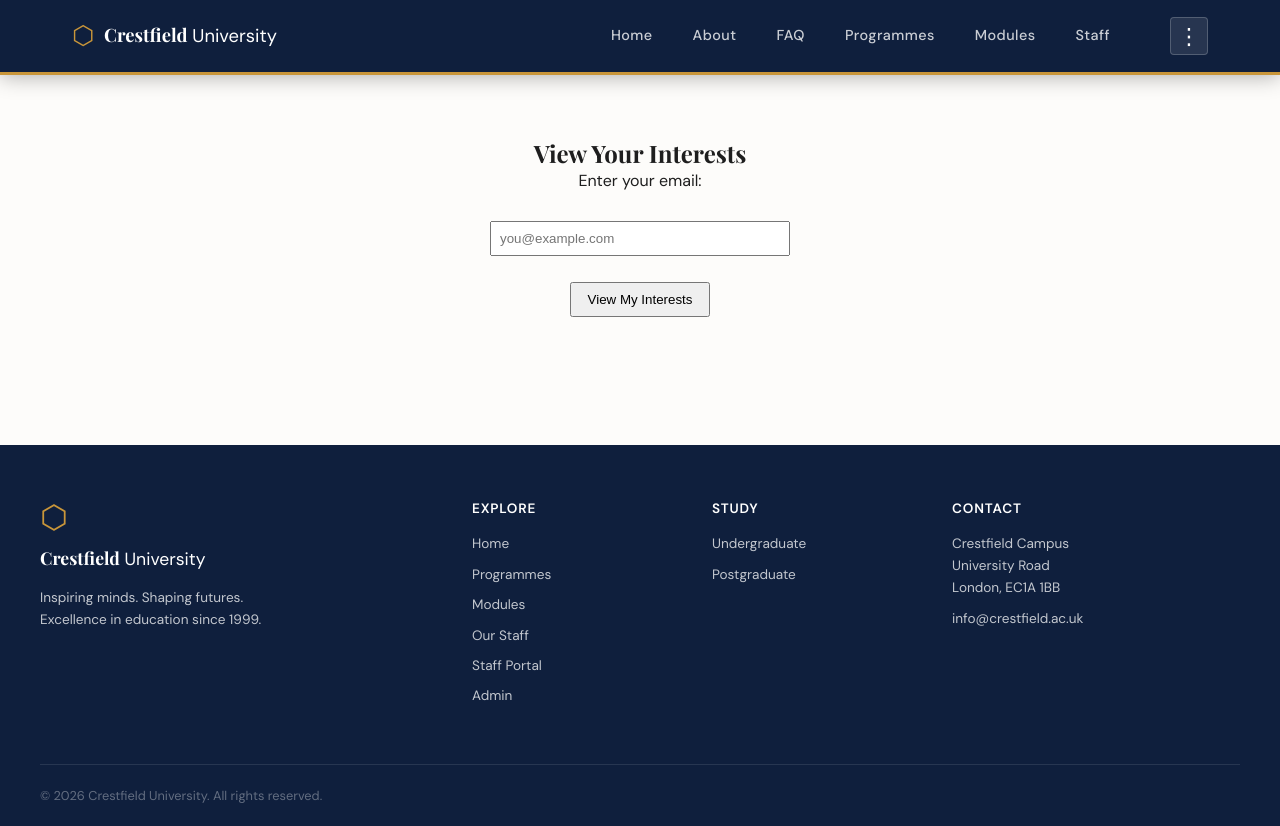
Repository: dowrinprity-blip/Web-Project
Page: http://localhost/University/my-interests.php
These files come from the project's save history. The page is drawn as it stood at one moment and after the next save; the edit follows.
The browser window is 1280 px wide. The pictures show the whole page.
The page is run by PHP 8.4 with error messages shown; the project is at /var/www/html/.

Above is the page before, as saved 2026-03-25 19:39:03.

### my-interests.php
<?php
require_once 'includes/db.php';
$page_title = 'My Interests';

$interests = []; // default empty array

if ($_SERVER['REQUEST_METHOD'] === 'POST' && !empty($_POST['email'])) {
    $email = $conn->real_escape_string($_POST['email']);
    $sql = "SELECT ProgrammeID, StudentName, RegisteredAt FROM interestedstudents WHERE Email = '$email'";
    $result = $conn->query($sql);

    if ($result) {
        while ($row = $result->fetch_assoc()) {
            $interests[] = $row;
        }
    }
}
?>

<?php include 'includes/header.php'; ?>

<section class="section">
    <div class="section-inner" style="max-width:600px;margin:0 auto;text-align:center;">
        <h2>View Your Interests</h2>
        <form method="POST" action="">
            <label for="email">Enter your email:</label><br><br>
            <input type="email" name="email" id="email" placeholder="you@example.com" required style="padding:.5rem;width:80%;max-width:300px;"><br><br>
            <button type="submit" style="padding:.5rem 1rem;">View My Interests</button>
        </form>

        <?php if ($_SERVER['REQUEST_METHOD'] === 'POST'): ?>
            <h3 style="margin-top:2rem;">Results:</h3>
            <?php if (count($interests) > 0): ?>
                <ul style="list-style:none;padding:0;">
                    <?php foreach ($interests as $i): ?>
                        <li style="margin-bottom:1rem;padding:1rem;border:1px solid #ccc;border-radius:8px;">
                            <strong>Programme ID:</strong> <?= htmlspecialchars($i['ProgrammeID']) ?><br>
                            <strong>Name:</strong> <?= htmlspecialchars($i['StudentName']) ?><br>
                            <strong>Registered At:</strong> <?= htmlspecialchars($i['RegisteredAt']) ?>
                        </li>
                    <?php endforeach; ?>
                </ul>
            <?php else: ?>
                <p>No interests found for this email.</p>
            <?php endif; ?>
        <?php endif; ?>
    </div>
</section>

<?php include 'includes/footer.php'; ?>

### includes/db.php
<?php
require_once __DIR__ . '/config.php';

// Create connection
function getDBConnection() {
    $conn = new mysqli(DB_HOST, DB_USER, DB_PASS, DB_NAME);

    if ($conn->connect_error) {
        die("Connection failed: " . $conn->connect_error);
    }

    $conn->set_charset("utf8mb4");
    return $conn;
}

// Global connection
$conn = getDBConnection();

function checkDatabaseExists() {
    $conn = new mysqli(DB_HOST, DB_USER, DB_PASS);
    $result = $conn->query("SELECT SCHEMA_NAME FROM INFORMATION_SCHEMA.SCHEMATA WHERE SCHEMA_NAME = '" . DB_NAME . "'");
    return $result->num_rows > 0;
}
?>

### includes/config.php
<?php
/**
 * Central Configuration File - Load this first in all includes
 */

// ==================== BASE URL DETECTION ====================
if (!function_exists('detectBaseUrl')) {
    function detectBaseUrl() {
        $protocol = isset($_SERVER['HTTPS']) && $_SERVER['HTTPS'] === 'on' ? 'https://' : 'http://';
        $host = $_SERVER['HTTP_HOST'];
        $scriptName = $_SERVER['SCRIPT_NAME'];

        $basePath = dirname(dirname($scriptName));
        $basePath = str_replace('\\', '/', $basePath);

        if ($basePath == '/' || $basePath == '\\') {
            $basePath = '';
        }

        return rtrim($protocol . $host . $basePath, '/');
    }
}

if (!defined('BASE_URL')) {
    define('BASE_URL', 'http://localhost/University');
}

// ==================== DATABASE CONSTANTS ====================
if (!defined('DB_HOST')) {
    define('DB_HOST', 'localhost');
    define('DB_USER', 'root');
    define('DB_PASS', '');
    define('DB_NAME', 'student_course_hub');
}
?>

### includes/header.php
<?php
$current_page = basename($_SERVER['PHP_SELF']);
if (!function_exists('isStudentLoggedIn')) {
    require_once __DIR__ . '/auth.php';
}

$staffLoggedIn   = function_exists('isStaffLoggedIn')   && isStaffLoggedIn();
$studentLoggedIn = function_exists('isStudentLoggedIn') && isStudentLoggedIn();
$adminLoggedIn   = function_exists('isAdminLoggedIn')   && isAdminLoggedIn();
?>
<!DOCTYPE html>
<html lang="en">
<head>
    <meta charset="UTF-8">
    <meta name="viewport" content="width=device-width, initial-scale=1.0">
    <title><?= isset($page_title) ? htmlspecialchars($page_title) . ' — ' : '' ?>Crestfield University</title>
    <link rel="preconnect" href="https://fonts.googleapis.com">
    <link rel="preconnect" href="https://fonts.gstatic.com" crossorigin>
    <link href="https://fonts.googleapis.com/css2?family=Playfair+Display:wght@400;600;700;900&family=DM+Sans:wght@300;400;500;600&display=swap" rel="stylesheet">
    <link rel="stylesheet" href="<?= BASE_URL ?>/css/style.css">
    <style>
        .portal-menu-wrap { position: relative; margin-left: .5rem; }
        .portal-dots-btn {
            background: rgba(255,255,255,.1);
            border: 1px solid rgba(255,255,255,.2);
            color: #fff; border-radius: var(--radius);
            width: 38px; height: 38px;
            display: flex; align-items: center; justify-content: center;
            cursor: pointer; font-size: 1.4rem; transition: background .2s; flex-shrink: 0;
        }
        .portal-dots-btn:hover { background: rgba(201,150,58,.25); }
        .portal-dropdown {
            display: none; position: absolute; right: 0; top: calc(100% + 10px);
            background: #fff; border-radius: var(--radius-lg);
            box-shadow: 0 12px 40px rgba(11,29,58,.22);
            min-width: 230px; overflow: hidden; z-index: 500;
            border: 1px solid var(--border);
        }
        .portal-dropdown.open { display: block; }
        .portal-dropdown-header {
            background: var(--navy); color: rgba(255,255,255,.6);
            font-size: .68rem; font-weight: 700; letter-spacing: .1em;
            text-transform: uppercase; padding: .65rem 1.1rem;
        }
        .portal-dropdown a {
            display: flex; align-items: center; gap: .75rem;
            padding: .75rem 1.1rem; font-size: .88rem; font-weight: 500;
            color: var(--navy); border-bottom: 1px solid #f5f2ee; transition: background .15s;
        }
        .portal-dropdown a:last-child { border-bottom: none; }
        .portal-dropdown a:hover { background: #fdf9f3; }
        .portal-dropdown a .pd-icon { font-size: 1rem; width: 22px; text-align: center; }
        .portal-dropdown a .pd-label { flex: 1; }
        .portal-dropdown a .pd-arrow { font-size: .8rem; color: var(--gold); }
        .portal-dropdown a.pd-active { background: #fdf6e3; font-weight: 600; }
        .portal-dropdown a.pd-logout { color: #922b21; }
        .portal-dropdown a.pd-logout:hover { background: #fdecea; }
    </style>
</head>
<body>

<header class="site-header">
    <div class="header-inner">
        <a href="<?= BASE_URL ?>/index.php" class="logo">
            <span class="logo-crest">⬡</span>
            <span class="logo-text"><strong>Crestfield</strong> University</span>
        </a>

        <nav class="main-nav">
            <a href="<?= BASE_URL ?>/index.php"           class="<?= $current_page === 'index.php'           ? 'active' : '' ?>">Home</a>
            <a href="<?= BASE_URL ?>/index.php#about">About</a>
            <a href="<?= BASE_URL ?>/index.php#faq">FAQ</a>
            <a href="<?= BASE_URL ?>/programmes.php"      class="<?= $current_page === 'programmes.php'      ? 'active' : '' ?>">Programmes</a>
            <a href="<?= BASE_URL ?>/modules.php"         class="<?= $current_page === 'modules.php'         ? 'active' : '' ?>">Modules</a>
            <a href="<?= BASE_URL ?>/staff_directory.php" class="<?= $current_page === 'staff_directory.php' ? 'active' : '' ?>">Staff</a>
        </nav>

        <!-- 3-dot portal menu -->
        <div class="portal-menu-wrap">
            <button class="portal-dots-btn" onclick="togglePortalMenu()" aria-label="Portal menu" title="Login / My Portal">⋮</button>

            <div class="portal-dropdown" id="portal-dropdown">

                <?php if ($adminLoggedIn): ?>
                <div class="portal-dropdown-header">Admin Portal</div>
                <a href="<?= BASE_URL ?>/admin/index.php" class="pd-active">
                    <span class="pd-icon">🛡️</span><span class="pd-label">Admin Dashboard</span><span class="pd-arrow">→</span>
                </a>
                <a href="<?= BASE_URL ?>/admin/logout.php" class="pd-logout">
                    <span class="pd-icon">⏻</span><span class="pd-label">Sign Out</span>
                </a>

                <?php elseif ($staffLoggedIn): ?>
                <?php $sd = getLoggedInStaff(); ?>
                <div class="portal-dropdown-header">Staff Portal</div>
                <a href="<?= BASE_URL ?>/staff/dashboard.php" class="pd-active">
                    <span class="pd-icon">👤</span><span class="pd-label"><?= htmlspecialchars($sd['Name'] ?? 'My Portal') ?></span><span class="pd-arrow">→</span>
                </a>
                <a href="<?= BASE_URL ?>/staff/profile.php">
                    <span class="pd-icon">✏️</span><span class="pd-label">My Profile</span><span class="pd-arrow">→</span>
                </a>
                <a href="<?= BASE_URL ?>/staff/my_modules.php">
                    <span class="pd-icon">📚</span><span class="pd-label">My Modules</span><span class="pd-arrow">→</span>
                </a>
                <a href="<?= BASE_URL ?>/staff/logout.php" class="pd-logout">
                    <span class="pd-icon">⏻</span><span class="pd-label">Sign Out</span>
                </a>

                <?php elseif ($studentLoggedIn): ?>
                <?php $stu = getLoggedInStudent(); ?>
                <div class="portal-dropdown-header">Student Portal</div>
                <a href="<?= BASE_URL ?>/student/dashboard.php" class="pd-active">
                    <span class="pd-icon">🎓</span><span class="pd-label"><?= htmlspecialchars($stu['FullName'] ?? 'My Portal') ?></span><span class="pd-arrow">→</span>
                </a>
                <a href="<?= BASE_URL ?>/student/my_profile.php">
                    <span class="pd-icon">👤</span><span class="pd-label">My Profile</span><span class="pd-arrow">→</span>
                </a>
                <a href="<?= BASE_URL ?>/student/my_interests.php">
                    <span class="pd-icon">⭐</span><span class="pd-label">My Interests</span><span class="pd-arrow">→</span>
                </a>
                <a href="<?= BASE_URL ?>/student/logout.php" class="pd-logout">
                    <span class="pd-icon">⏻</span><span class="pd-label">Sign Out</span>
                </a>

                <?php else: ?>
                <a href="<?= BASE_URL ?>/my-interests.php">
    <span class="pd-icon">⭐</span>
    <span class="pd-label">View My Interests</span>
    <span class="pd-arrow">→</span>
</a>

                <div class="portal-dropdown-header">Student Access</div>
                <a href="<?= BASE_URL ?>/student/login.php">
                    <span class="pd-icon">🎓</span><span class="pd-label">Student Login</span><span class="pd-arrow">→</span>
                </a>

                <div class="portal-dropdown-header">Staff Access</div>
                <a href="<?= BASE_URL ?>/staff/login.php">
                    <span class="pd-icon">👔</span><span class="pd-label">Staff Login</span><span class="pd-arrow">→</span>
                </a>
                <div class="portal-dropdown-header">Admin Access</div>
                <a href="<?= BASE_URL ?>/admin/login.php">
                    <span class="pd-icon">🛡️</span><span class="pd-label">Admin Login</span><span class="pd-arrow">→</span>
                </a>
                <?php endif; ?>

            </div>
        </div>

        <button class="nav-toggle" onclick="document.querySelector('.main-nav').classList.toggle('open')">☰</button>
    </div>
</header>

<script>
function togglePortalMenu() {
    document.getElementById('portal-dropdown').classList.toggle('open');
}
document.addEventListener('click', function(e) {
    var wrap = document.querySelector('.portal-menu-wrap');
    if (wrap && !wrap.contains(e.target)) {
        document.getElementById('portal-dropdown').classList.remove('open');
    }
});
</script>

### includes/footer.php
<footer class="site-footer">
    <div class="footer-inner">
        <div class="footer-brand">
            <span class="logo-crest">⬡</span>
            <span class="logo-text"><strong>Crestfield</strong> University</span>
            <p>Inspiring minds. Shaping futures.<br>Excellence in education since 1999.</p>
        </div>
        <div class="footer-links">
            <h4>Explore</h4>
            <a href="<?= BASE_URL ?>/index.php">Home</a>
            <a href="<?= BASE_URL ?>/programmes.php">Programmes</a>
            <a href="<?= BASE_URL ?>/modules.php">Modules</a>
            <a href="<?= BASE_URL ?>/staff_directory.php">Our Staff</a>
            <a href="<?= BASE_URL ?>/staff_portal.php">Staff Portal</a>
            <a href="<?= BASE_URL ?>/admin/login.php">Admin</a>
        </div>
        <div class="footer-links">
            <h4>Study</h4>
            <a href="<?= BASE_URL ?>/programmes.php?level=1">Undergraduate</a>
            <a href="<?= BASE_URL ?>/programmes.php?level=2">Postgraduate</a>
        </div>
        <div class="footer-contact">
            <h4>Contact</h4>
            <p>Crestfield Campus<br>University Road<br>London, EC1A 1BB</p>
            <p>info@crestfield.ac.uk</p>
        </div>
    </div>
    <div class="footer-bottom">
        <p>&copy; <?= date('Y') ?> Crestfield University. All rights reserved.</p>
    </div>
</footer>
<script src="<?= BASE_URL ?>/js/main.js"></script>
</body>
</html>

Loaded but not shown: js/main.js (22 lines, source omitted); css/style.css (525 lines, source omitted); includes/auth.php (554 lines, source omitted)

After the next save:
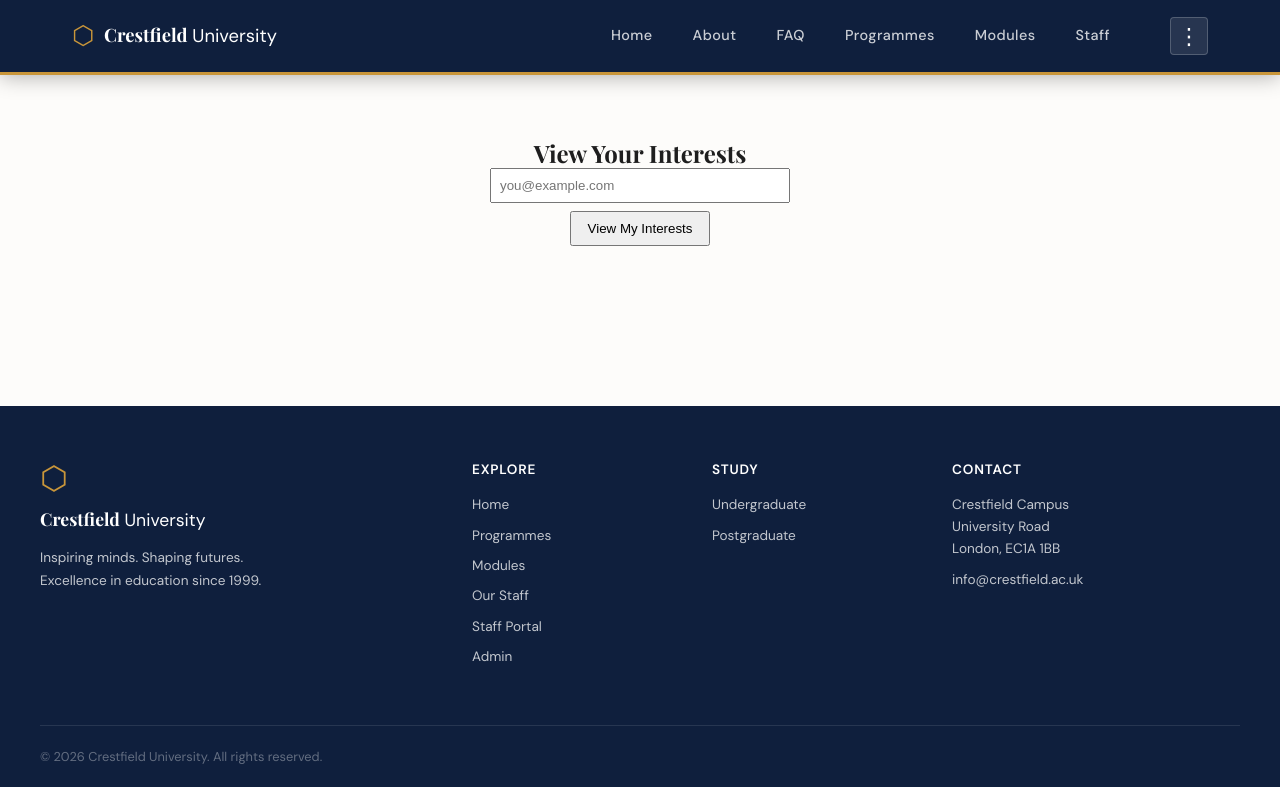
Saved 5 min 7 s later.
--- a/my-interests.php
+++ b/my-interests.php
@@ -6,7 +6,13 @@ $interests = []; // default empty array
 
 if ($_SERVER['REQUEST_METHOD'] === 'POST' && !empty($_POST['email'])) {
     $email = $conn->real_escape_string($_POST['email']);
-    $sql = "SELECT ProgrammeID, StudentName, RegisteredAt FROM interestedstudents WHERE Email = '$email'";
+
+    // Get the programme names and details for this email, sorted by registration date descending
+    $sql = "SELECT p.ProgrammeID, p.ProgrammeName, p.ShortDesc, i.StudentName, i.RegisteredAt
+            FROM interestedstudents i
+            JOIN Programmes p ON i.ProgrammeID = p.ProgrammeID
+            WHERE i.Email = '$email'
+            ORDER BY i.RegisteredAt DESC";
     $result = $conn->query($sql);
 
     if ($result) {
@@ -15,31 +21,40 @@ if ($_SERVER['REQUEST_METHOD'] === 'POST' && !empty($_POST['email'])) {
         }
     }
 }
+
+include 'includes/header.php';
 ?>
 
-<?php include 'includes/header.php'; ?>
-
 <section class="section">
-    <div class="section-inner" style="max-width:600px;margin:0 auto;text-align:center;">
+    <div class="section-inner" style="max-width:800px;margin:0 auto;text-align:center;">
         <h2>View Your Interests</h2>
-        <form method="POST" action="">
-            <label for="email">Enter your email:</label><br><br>
-            <input type="email" name="email" id="email" placeholder="you@example.com" required style="padding:.5rem;width:80%;max-width:300px;"><br><br>
+        <form method="POST" action="" style="margin-bottom:2rem;">
+            <input type="email" name="email" id="email" placeholder="you@example.com" required
+                   style="padding:.5rem;width:80%;max-width:300px;margin-bottom:.5rem;">
+            <br>
             <button type="submit" style="padding:.5rem 1rem;">View My Interests</button>
         </form>
 
         <?php if ($_SERVER['REQUEST_METHOD'] === 'POST'): ?>
-            <h3 style="margin-top:2rem;">Results:</h3>
             <?php if (count($interests) > 0): ?>
-                <ul style="list-style:none;padding:0;">
+                <div style="display:grid;grid-template-columns:repeat(auto-fill,minmax(250px,1fr));gap:1rem;">
                     <?php foreach ($interests as $i): ?>
-                        <li style="margin-bottom:1rem;padding:1rem;border:1px solid #ccc;border-radius:8px;">
-                            <strong>Programme ID:</strong> <?= htmlspecialchars($i['ProgrammeID']) ?><br>
-                            <strong>Name:</strong> <?= htmlspecialchars($i['StudentName']) ?><br>
-                            <strong>Registered At:</strong> <?= htmlspecialchars($i['RegisteredAt']) ?>
-                        </li>
+                        <div style="border:1px solid #ccc;border-radius:8px;overflow:hidden;box-shadow:0 5px 15px rgba(0,0,0,0.1);">
+                            <div style="padding:1rem;text-align:left;">
+                                <h3 style="margin-top:0;font-size:1.2rem;"><?= htmlspecialchars($i['ProgrammeName']) ?></h3>
+                                <p style="font-size:.9rem;color:#555;"><?= htmlspecialchars($i['ShortDesc']) ?></p>
+                                <p style="font-size:.8rem;color:#888;margin-top:.5rem;">
+                                    Registered At: <?= htmlspecialchars($i['RegisteredAt']) ?><br>
+                                    Name: <?= htmlspecialchars($i['StudentName']) ?>
+                                </p>
+                                <a href="programmes.php?id=<?= urlencode($i['ProgrammeID']) ?>"
+                                   style="display:inline-block;margin-top:.5rem;padding:.4rem .8rem;background:#1a73e8;color:#fff;border-radius:4px;text-decoration:none;font-size:.85rem;">
+                                   Go to Programme
+                                </a>
+                            </div>
+                        </div>
                     <?php endforeach; ?>
-                </ul>
+                </div>
             <?php else: ?>
                 <p>No interests found for this email.</p>
             <?php endif; ?>
